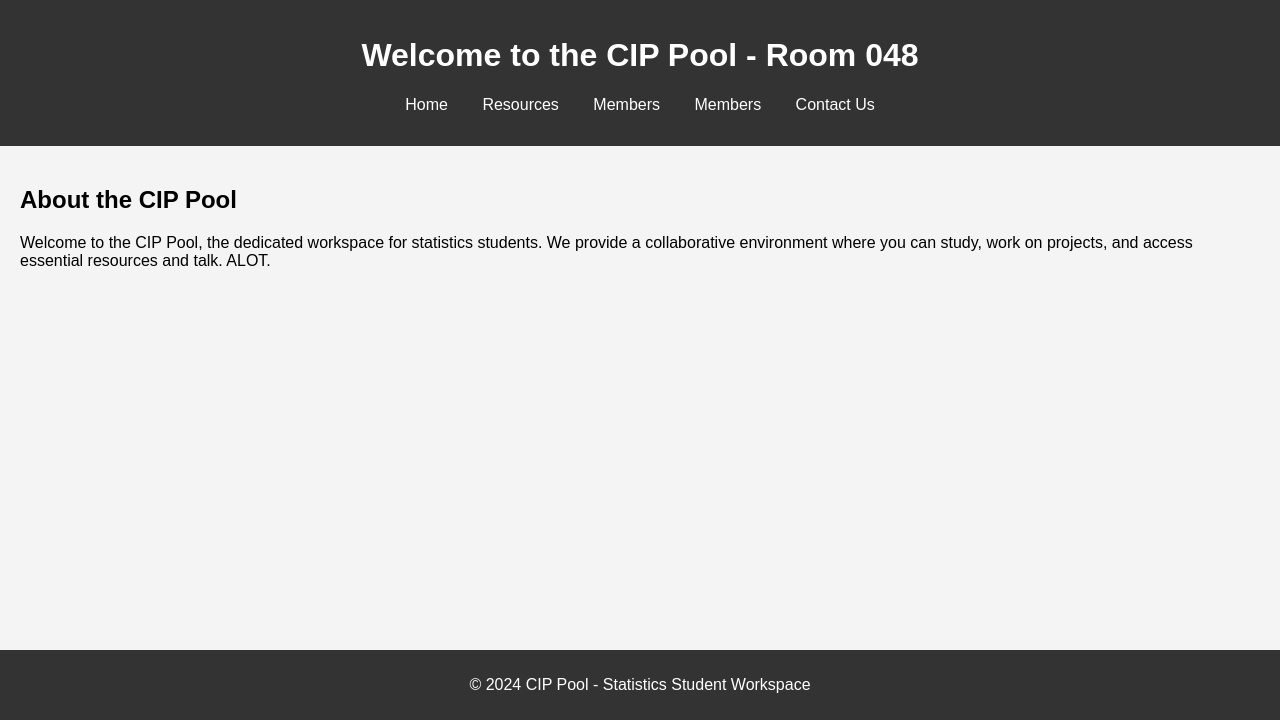
Repository: anjalisarawgi/cip_website
Page: index.html
These files come from the project's save history. The page is drawn as it stood at one moment and after the next save; the edit follows.
The browser window is 1280 px wide. The pictures show the whole page.

Above is the page before, as saved 2024-06-14 12:27:21.

After the next save:
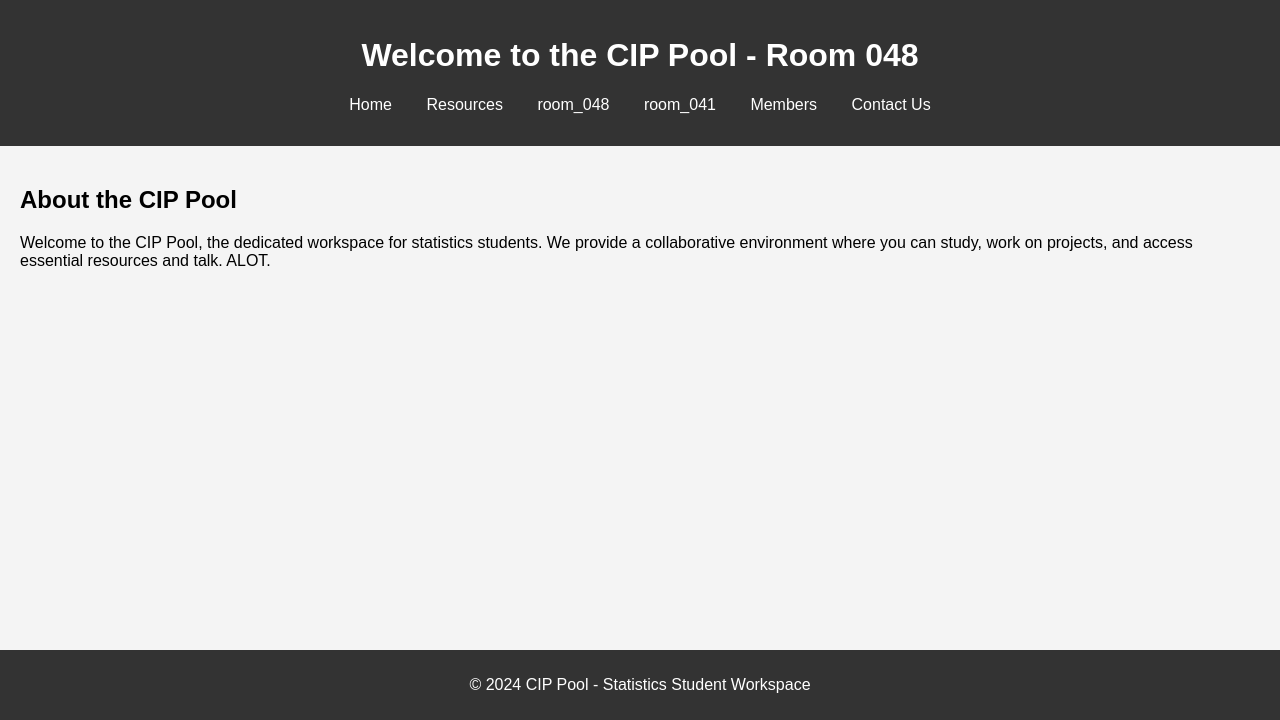
Saved 17 s later.
--- a/index.html
+++ b/index.html
@@ -13,7 +13,8 @@
             <ul>
                 <li><a href="index.html">Home</a></li>
                 <li><a href="resources.html">Resources</a></li>
-                <li><a href="room_041.html">Members</a></li>
+                <li><a href="room_048.html">room_048</a></li>
+                <li><a href="room_041.html">room_041</a></li>
                 <li><a href="members.html">Members</a></li>
                 <li><a href="contact.html">Contact Us</a></li>
             </ul>
